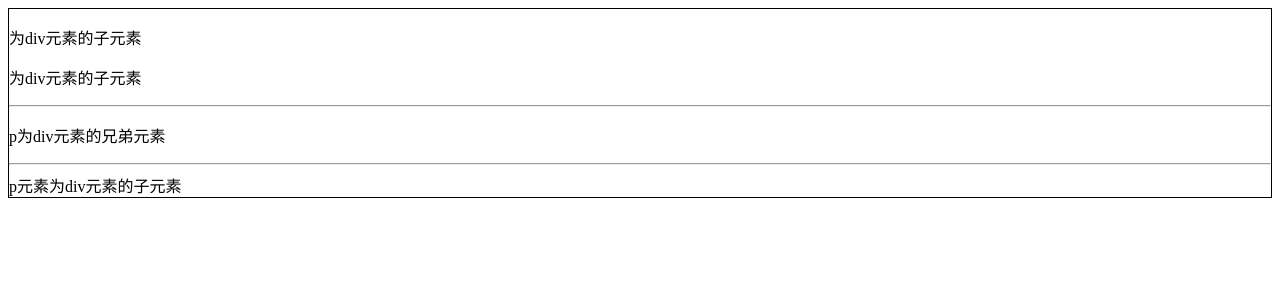
Repository: zdsherlock/HtmlCssLearn
Page: CSS/test-attSelect/index6.html
These files come from the project's save history. The page is drawn as it stood at one moment and after the next save; the edit follows.
The browser window is 1280 px wide. The pictures show the whole page.

Above is the page before, as saved 2021-05-07 20:51:15.

After the next save:
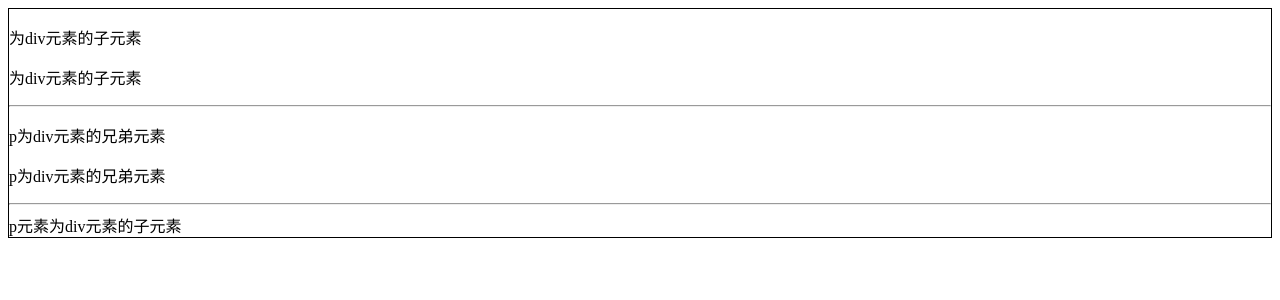
Saved 9 s later.
--- a/CSS/test-attSelect/index6.html
+++ b/CSS/test-attSelect/index6.html
@@ -20,6 +20,7 @@
         </div>
         <hr />
         <p>p为div元素的兄弟元素</p>
+        <p>p为div元素的兄弟元素</p>
         <hr />
         <div>p元素为div元素的子元素</div>
     </div>
